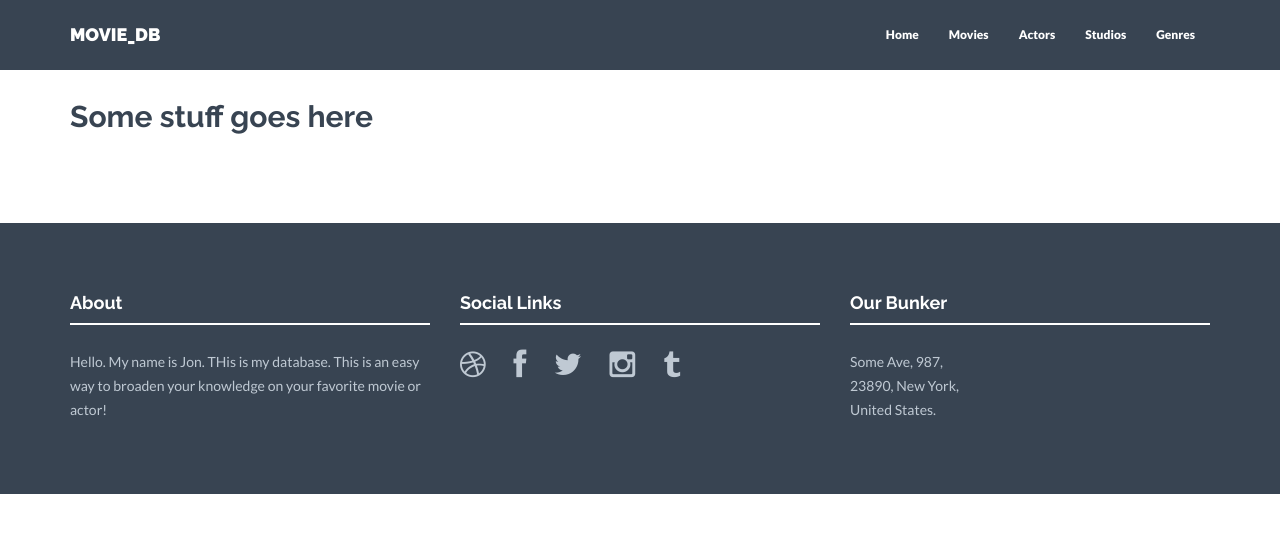
Repository: jonak91/Buzzerd-index
Page: http://localhost/admin.php
The author's editor kept a record of every edit. The page is drawn from the files as they stood at one moment, then again after the next edit.
The browser window is 1280 px wide. The pictures show the whole page.
Some web libraries are served in a nearby version. The page is run by PHP 8.4 with error messages shown; the project is at /var/www/html/.

Above is the page before.
Not found: assets/js/modernizr.js

After the next edit:
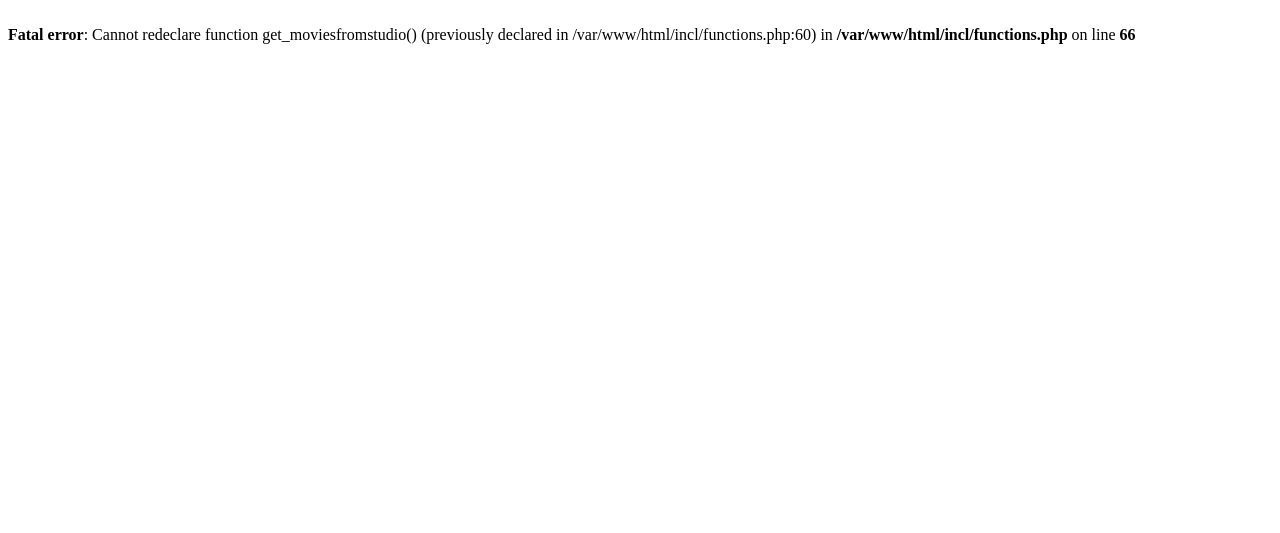
The edit:
--- a/incl/functions.php
+++ b/incl/functions.php
@@ -55,6 +55,24 @@
 	$db= $GLOBALS['db'];
 	$query= "SELECT * FROM genre WHERE gID = '$gID'"; //updated
 	return $db->get_row($query);
+}
+
+function get_moviesfromstudio($id){  //works
+	$db= $GLOBALS['db'];
+	$results= $db->query("SELECT * FROM movies JOIN studio ON movies.studioID = studio.sID WHERE studio.sID = '$id'");
+	return $db->resToArray($results);
+}
+
+function get_moviesfromstudio($id){  //works
+	$db= $GLOBALS['db'];
+	$results= $db->query("SELECT * FROM movies JOIN studio ON movies.studioID = studio.sID WHERE studio.sID = '$id'");
+	return $db->resToArray($results);
+}
+
+function get_moviesfromstudio($id){  //works
+	$db= $GLOBALS['db'];
+	$results= $db->query("SELECT * FROM movies JOIN studio ON movies.studioID = studio.sID WHERE studio.sID = '$id'");
+	return $db->resToArray($results);
 }
 
 function get_moviesfromstudio($id){  //works
